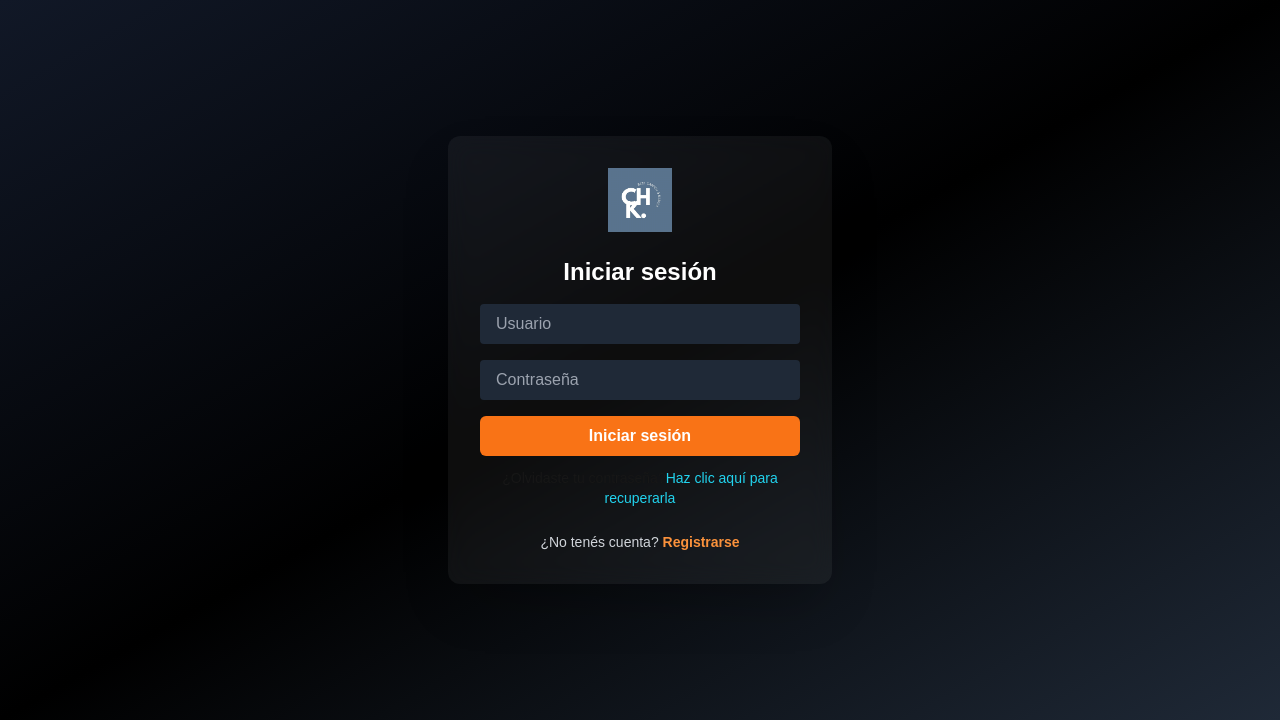
Repository: francoluca35/comandas
Page: /
The author's editor kept a copy of each file at every save. The page is drawn from the files as they stood at one save, then again after the next save.
The browser window is 1280 px wide. The pictures show the whole page.
The project was rebuilt for these pictures with package versions that can differ from the ones it lists, and the page was loaded fresh each time. The framework's server and built-in components were replaced by stand-ins that run in the browser. Also part of the build but not shown: next.config.mjs, app/register/page.jsx.

Above is the page before, as saved 2025-05-17 20:21:57.

After the next save:
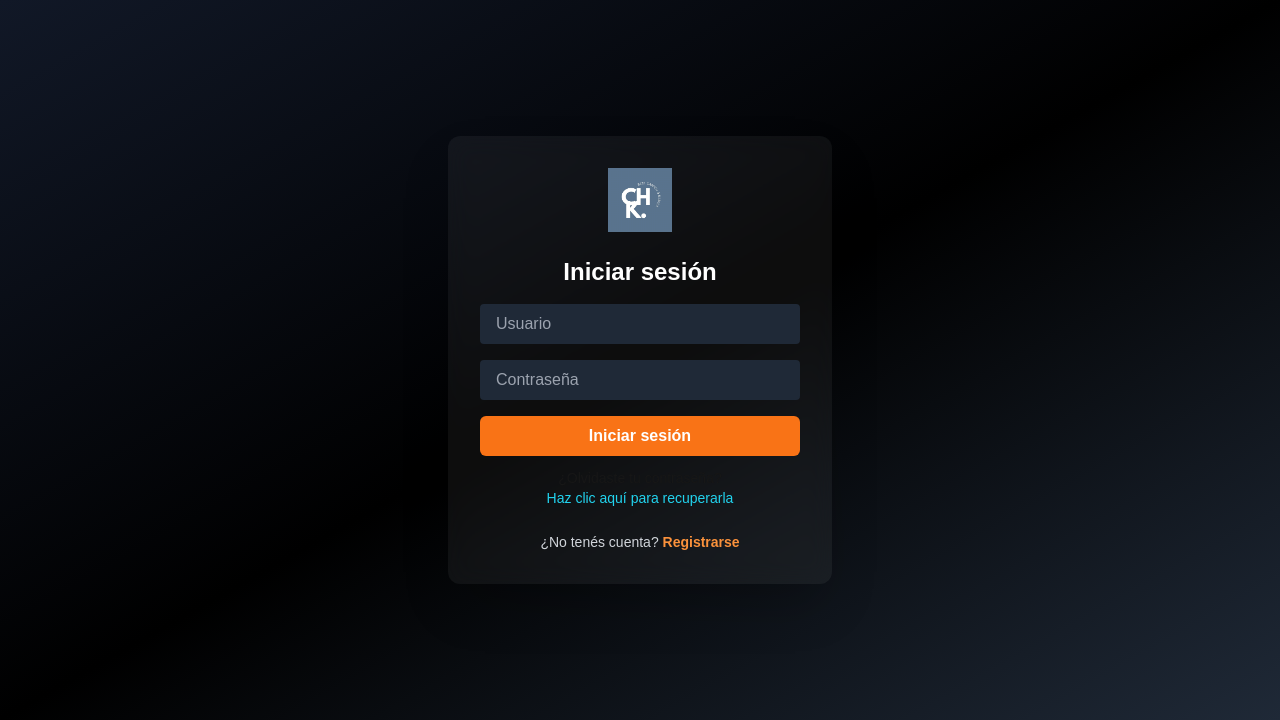
Saved 41 s later.
--- a/app/login/page.jsx
+++ b/app/login/page.jsx
@@ -99,7 +99,7 @@ export default function Login() {
 
           <p className="text-center text-sm mt-3">
             {" "}
-            ¿Olvidaste tu contraseña?
+            ¿Olvidaste tu contraseña? <br />
             <a
               href="/recuperar"
               className="text-cyan-400 hover:underline hover:text-cyan-300 transition"
